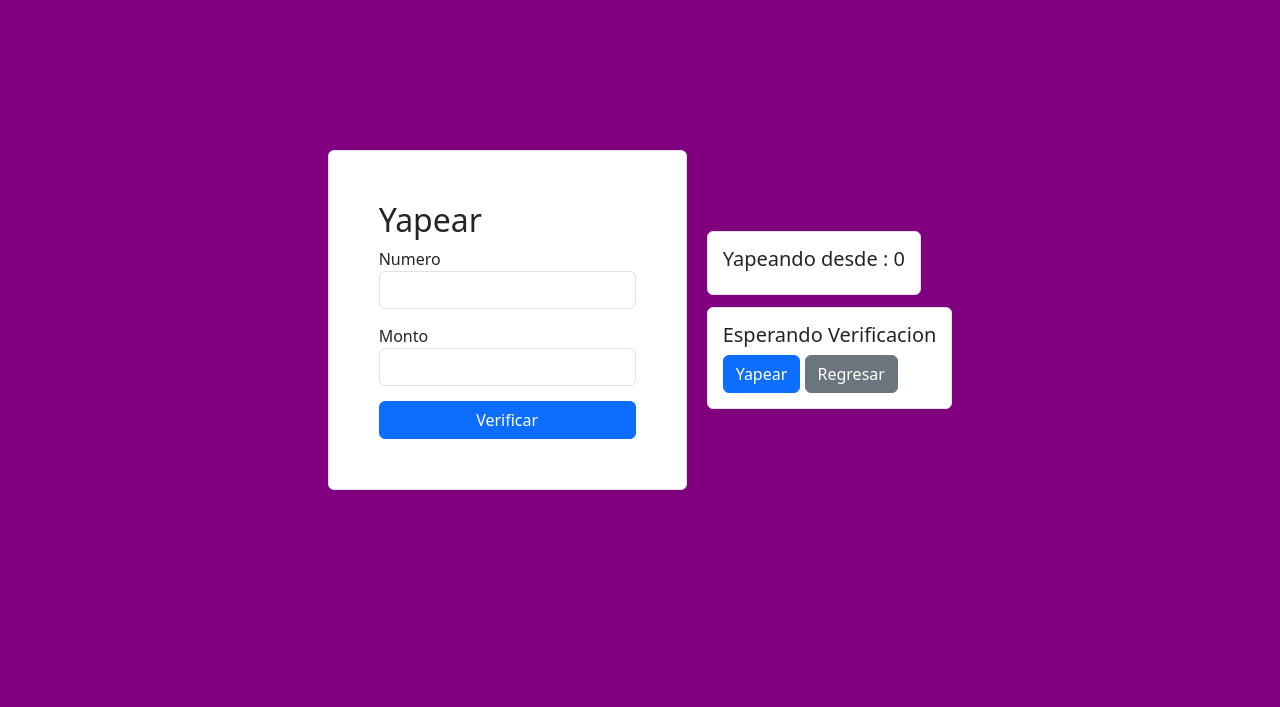
Repository: Gimblet/LP1_Proyecto_Yape
Page: http://localhost/Yape/Yapear.jsp
The author's editor kept a copy of each file at every save. The page is drawn from the files as they stood at one save, then again after the next save.
The browser window is 1280 px wide. The pictures show the whole page.
The page is served by Tomcat 9. Other server files are loaded and not shown. Queries for data that is not in the repository find no rows.

Above is the page before, as saved 2024-05-04 18:26:32.

### Yape/src/main/webapp/Yapear.jsp
<%@page import="data.ClaseUtilitaria"%>
<%@page import="gestion.Metodos"%>
<%@ page language="java" contentType="text/html; charset=ISO-8859-1" pageEncoding="ISO-8859-1" %>
<%  //Obtener Numero
	Metodos obtenerNumero = new Metodos();
	int numero = 0;
	if(obtenerNumero.obtenerUsuario() != 0)
		numero = obtenerNumero.obtenerUsuario();
%>
    <!DOCTYPE html>
    <html>

    <head>
        <meta charset="ISO-8859-1">
        <link href="Resources/bootstrap.min.css" rel="stylesheet">
        <title>Nuevo Yapeo</title>
        <style>
        	body{
        		background-color: purple;
				margin: 0;
        	}

            .container {
                display: flex;
            }

            main{
            	margin: auto;
            	display: flex;
            	gap: 20px;
            	margin-top: 150px;
            }

            aside{
            	display: flex;
            	flex-direction: column;
            	justify-content: center;
            	gap: 12px;
            }

            aside div{
            	padding: 15px;
            	background-color: white;
            }

            .form-container {
                align-self: center;
                padding: 50px 50px 50px 50px;
                background-color: white;
            }

            input:hover {
                cursor: pointer;
            }

            #ver1{
            	width: max-content;
            }

            #ola{
            	display: flex;
            	flex-direction: column;
            	gap: 15px;
            }

            section, aside{
            	witdh: 350px;
            }
        </style>
    </head>

    <body>
        <div class="container">
        <main>
        	<section>
        		<div class="form-container border rounded">
                	<form action="Servlet" method="post">
                	<%
                  	String respuesta = "Esperando Verificacion";
                  	if(request.getAttribute("ValidacionYape") != null){
                	  	ClaseUtilitaria item = (ClaseUtilitaria) request.getAttribute("ValidacionYape");
                	  	if(item.getRespuesta().equals("Datos Conformes")){
                		  	respuesta = "Estas Yapeando a : " + item.getNombreRecipiente() + "<br>" +
                          	"El monto de : " + "S/" + item.getMontoRecipiente();
                	  	}
                	  	else{
                			  respuesta = item.getRespuesta();
                	 	 }
                  	}
                	%>
                    	<h2>Yapear</h2>
                    	<div id="ola">
                    		<div class="form-group">
                    			<label>Numero</label>
                    			<input class="form form-control" required type="text" name="txtNumero" maxlength="9" minlength="9"
                    			<% if(request.getAttribute("ValidacionYape") != null){
                  	  			ClaseUtilitaria item = (ClaseUtilitaria) request.getAttribute("ValidacionYape");
								if(item.getRespuesta().equals("Datos Conformes")){ %> value=<%= item.getNumeroRecipiente() %> <%}} %>>
                    		</div>
                    		<div class="form-group">
                    			<label>Monto</label>
                    			<input class="form form-control" required type="text" name="txtMonto" <% if(request.getAttribute("ValidacionYape") != null){
                  	  			ClaseUtilitaria item = (ClaseUtilitaria) request.getAttribute("ValidacionYape");
								if(item.getRespuesta().equals("Datos Conformes")){ %> value=<%= item.getMontoRecipiente()%> <%} }%>>
                    		</div>
                    		<input class="btn btn-primary" type="submit" name="type" value="Verificar">
                    	</div>
                	</form>
            	</div>
        	</section>
        	<aside>
        		<div class="border rounded" id="ver1">
        			<h5>Yapeando desde : <%= numero %></h5>
        		</div>
        		<div class="border rounded" id="ver2">
        			<h5><%= respuesta %></h5>
					<a href="Servlet?type=Yapear" class="btn btn-primary">Yapear</a>
					<a href="Servlet?type=Volver" class="btn btn-secondary">Regresar</a>
        		</div>
        	</aside>
        </main>
        </div>
    </body>

    </html>

### Yape/src/main/java/interfaces/IntYape.java
package interfaces;

import java.util.List;

import data.ClaseUtilitaria;
import data.Logins;
import data.Yapes;

public interface IntYape {
	Logins Login(int numero, String clave, String tipoUsr);
	List<Yapes> ListarYapes();
	List<Yapes> ListarTodosLosYapes();
	List<Logins> ListarUsuarios();
	int obtenerUsuario();
	String obtenerTipoUsuario();
	void cerrarSesion();
	ClaseUtilitaria validarYape(int numero, double monto);
	boolean validarYapeEditar(int numeroRec, int numeroRem, double monto, double OGmonto);
	void editarYape(int id, int numeroRec, int numeroRem, double monto, double OGmonto);
	void eliminarYape(int id, int numeroRec, int numeroRem, double OGmonto);
	public void eliminarUsuario(int id);
	Logins obtenerInformacionUsuario(int id);
	void editarUsuario(int id, String nombreApe, double saldo, String clave);
	void yapear(int numero, double monto);
	ClaseUtilitaria obtenerInformacionYape(int id);
	public String formatearFecha(String OGFecha);
	public String formatearHora(String OGHora);
}

### Yape/src/main/java/util/MysqlConexion.java
package util;

import java.sql.Connection;
import java.sql.DriverManager;
import java.sql.SQLException;

public class MysqlConexion {
	public static Connection getConexion() {
		Connection con = null;
		try {
			Class.forName("com.mysql.cj.jdbc.Driver").getDeclaredConstructor().newInstance();
			String url = "jdbc:mysql://localhost:3306/dbYape";
			String usr = "root";
			String psw = "mysql";
			con = DriverManager.getConnection(url, usr, psw);
		} catch(ClassNotFoundException e) {
			System.out.println("Error con el Driver de Base de Datos" + e.getMessage());
		} catch(SQLException e){
			System.out.println("Error con la base de datos" + e.getMessage());
		} catch(Exception e) {
			System.out.println("Error General" + e.getMessage());
		}
		return con;
	}

	public static void closeConnection(Connection con) {
		try {
			con.close();
		} catch(SQLException e) {
			System.out.println("Problemas al cerrar la conexion");
			e.printStackTrace();
		}
	}
}

Loaded but not shown: Yape/src/main/webapp/Resources/bootstrap.min.css (library); Yape/src/main/java/gestion/Metodos.java (896 lines, source omitted)

After the next save:
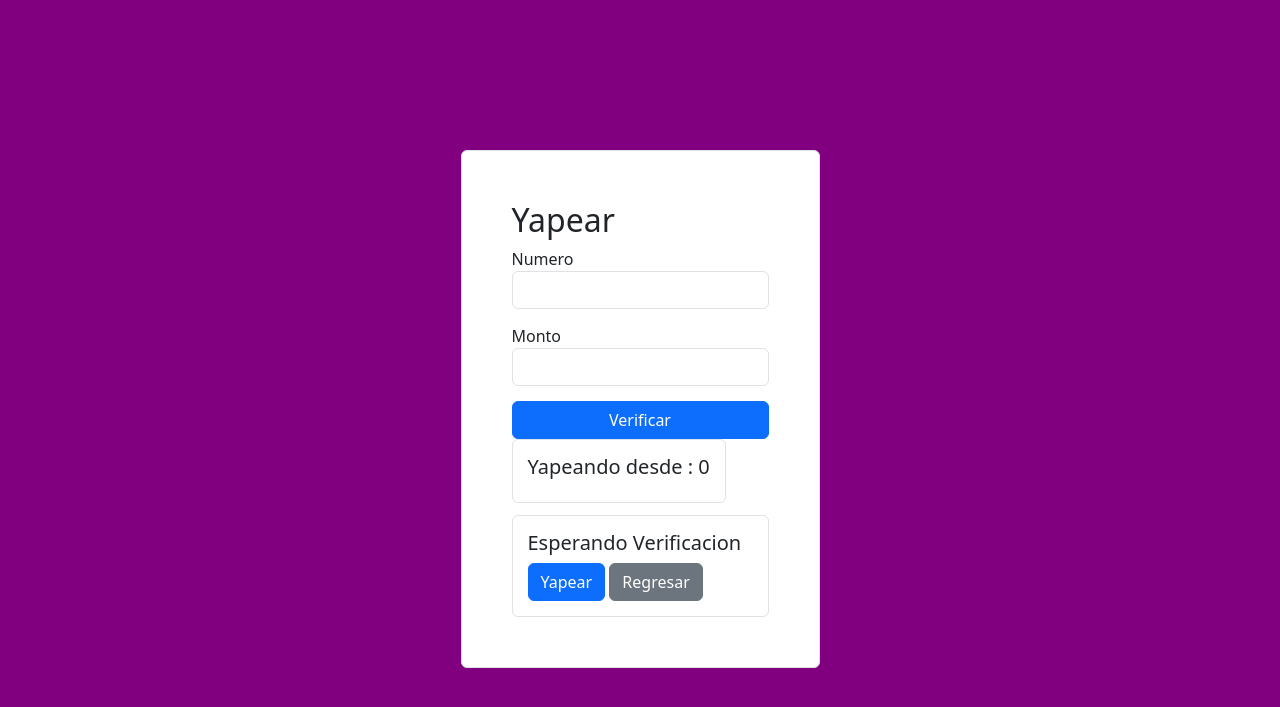
Saved 5 min 20 s later.
--- a/Yape/src/main/webapp/Yapear.jsp
+++ b/Yape/src/main/webapp/Yapear.jsp
@@ -105,19 +105,20 @@
                     		</div>
                     		<input class="btn btn-primary" type="submit" name="type" value="Verificar">
                     	</div>
-                	</form>
-            	</div>
-        	</section>
-        	<aside>
+                    	<aside>
         		<div class="border rounded" id="ver1">
         			<h5>Yapeando desde : <%= numero %></h5>
         		</div>
         		<div class="border rounded" id="ver2">
         			<h5><%= respuesta %></h5>
-					<a href="Servlet?type=Yapear" class="btn btn-primary">Yapear</a>
+					<input class="btn btn-primary" type="submit" name="type" value="Yapear">
 					<a href="Servlet?type=Volver" class="btn btn-secondary">Regresar</a>
         		</div>
         	</aside>
+                	</form>
+            	</div>
+        	</section>
+
         </main>
         </div>
     </body>

After the save that followed:
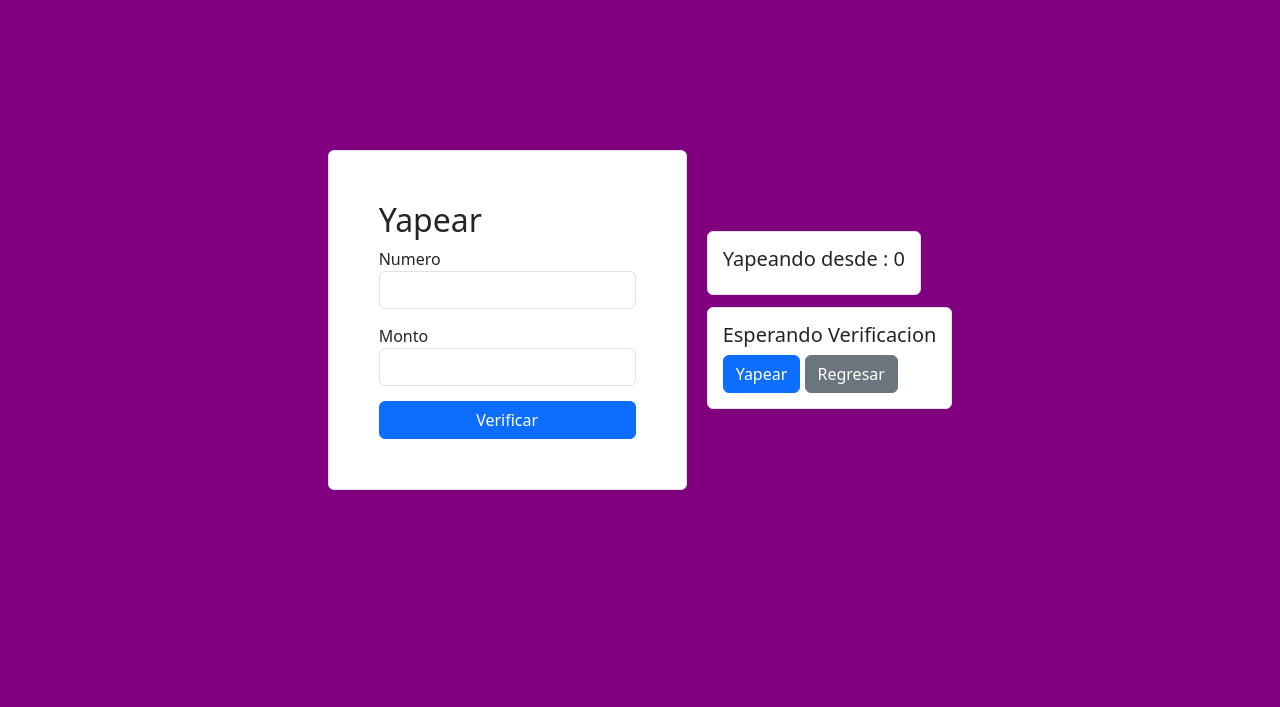
Saved 31 s later.
--- a/Yape/src/main/webapp/Yapear.jsp
+++ b/Yape/src/main/webapp/Yapear.jsp
@@ -105,7 +105,10 @@
                     		</div>
                     		<input class="btn btn-primary" type="submit" name="type" value="Verificar">
                     	</div>
-                    	<aside>
+                	</form>
+            	</div>
+        	</section>
+        	<aside>
         		<div class="border rounded" id="ver1">
         			<h5>Yapeando desde : <%= numero %></h5>
         		</div>
@@ -115,10 +118,6 @@
 					<a href="Servlet?type=Volver" class="btn btn-secondary">Regresar</a>
         		</div>
         	</aside>
-                	</form>
-            	</div>
-        	</section>
-
         </main>
         </div>
     </body>
